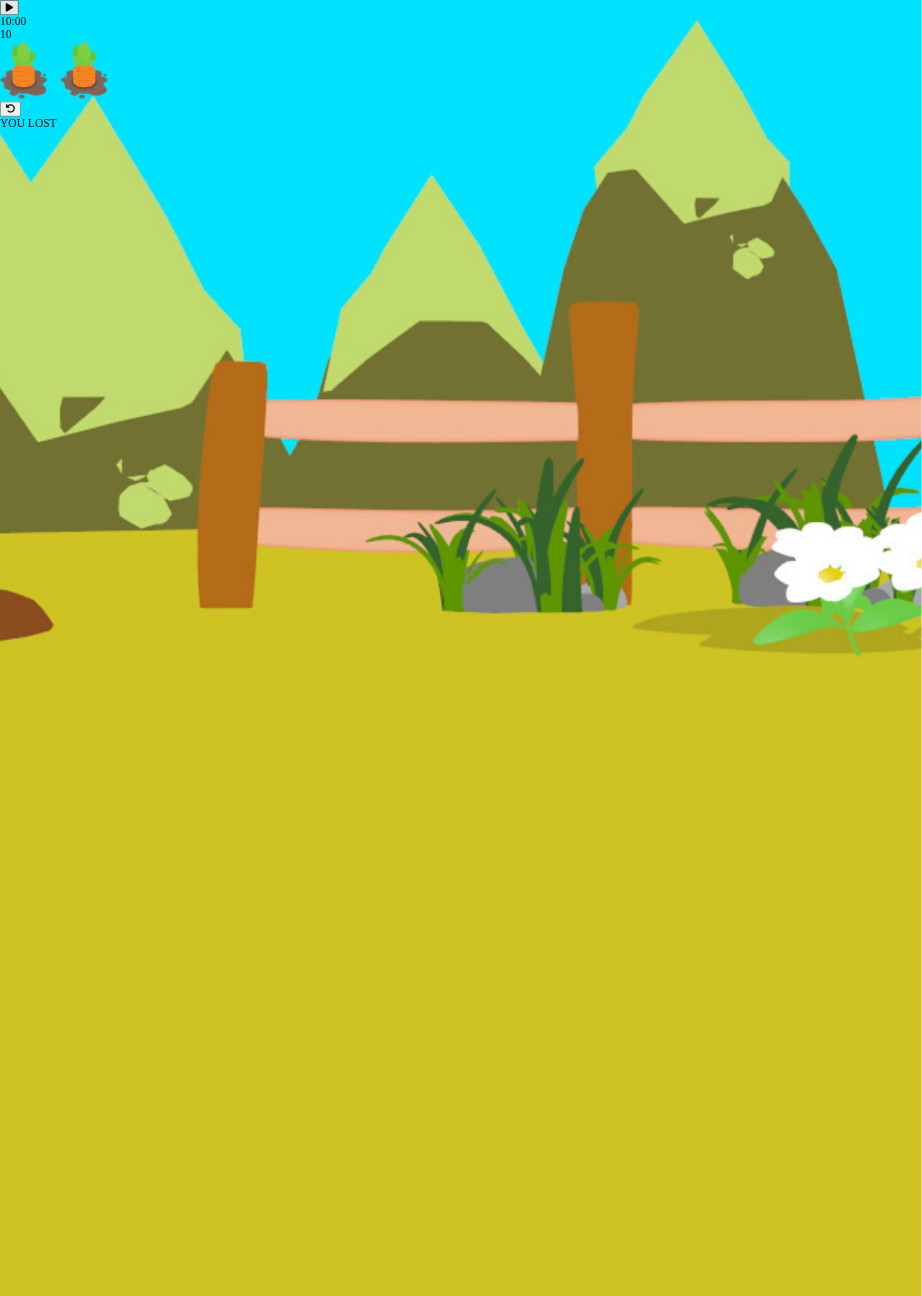
Repository: keehoonjung/Bug-Game
Page: index.html
These files come from the project's save history. The page is drawn as it stood at one moment and after a run of saves; the edit follows.
The browser window is 1280 px wide. The pictures show the whole page, at 72% of full size.
Some web libraries are served in a nearby version.

Above is the page before, as saved 2021-08-10 10:43:47.

### index.html
<!DOCTYPE html>
<html lang="en">
<head>
    <meta charset="UTF-8">
    <meta http-equiv="X-UA-Compatible" content="IE=edge">
    <meta name="viewport" content="width=device-width, initial-scale=1.0">
    <title>Document</title>
    <link rel="stylesheet" href="style.css">
    <script src="main.js"></script>
    <script src="https://kit.fontawesome.com/a7a8d59961.js" crossorigin="anonymous"></script>
</head>
<body>
    <section class="container">
        <section class="header">
            <button class="play__btn">
                <i class="fas fa-play"></i>
            </button>
            <div class="timer">
                10:00
            </div>
            <div class="count">10</div>
        </section>
        <section class="playground">
            <img src="./img/carrot.png" alt="carrot">
            <img src="./img/carrot.png" alt="carrot">
        </section>
        <div class="popup">
            <button class="retry">
                <i class="fas fa-undo"></i>
            </button>
            <div class="message">YOU LOST</div>
        </div>
    </section>
</body>
</html>

### style.css
* {
  box-sizing: border-box;
}

body {
  margin: 0;
}
.container {
  background: center no-repeat url(/img/background.png);
  height: 1800px;
}

Loaded but not shown: main.js (no copy from this time; the picture is the same without it)

After the next 2 saves:
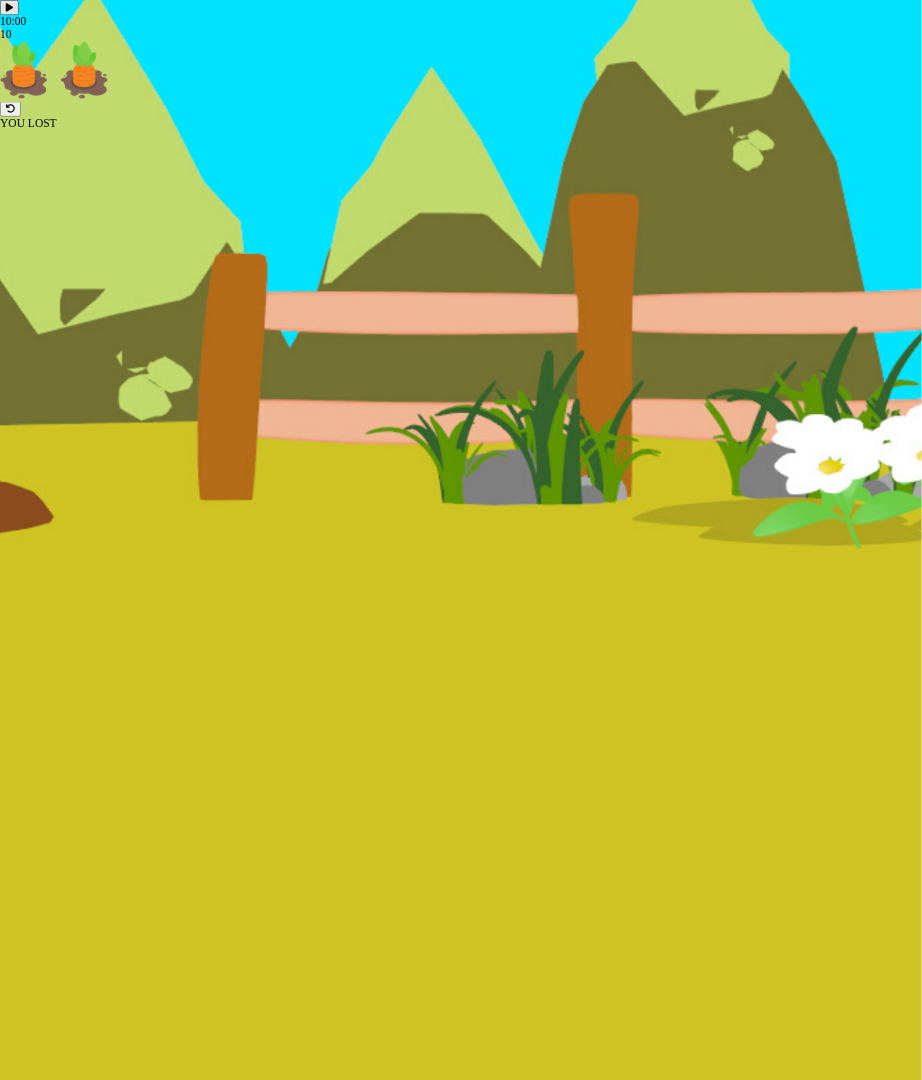
The 2 saves are shown as one change because they came seconds apart.
The last was saved 13 s later.
--- a/style.css
+++ b/style.css
@@ -7,5 +7,5 @@ body {
 }
 .container {
   background: center no-repeat url(/img/background.png);
-  height: 1800px;
+  height: 1500px;
 }
